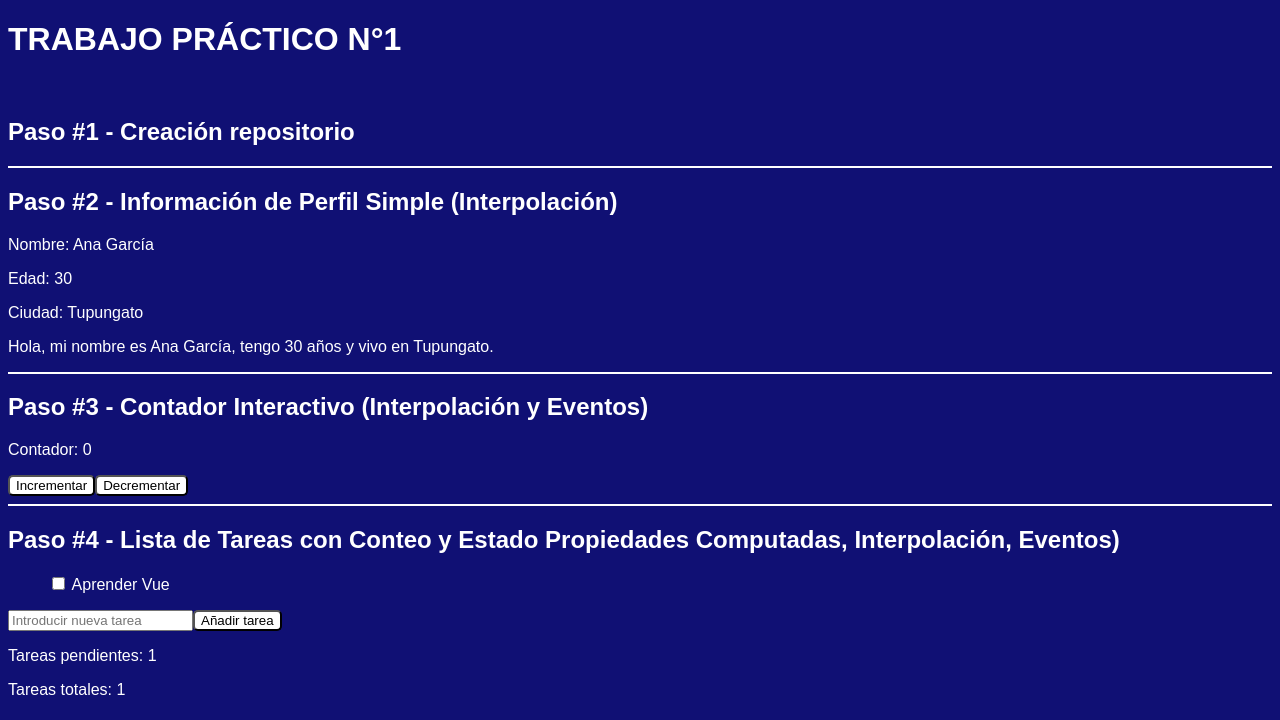
Repository: SofiaSferco/PWA
Page: practico01/index.html
An editor plug-in stored every save of this project. The page is shown before and after a run of saves, followed by the edit.
The browser window is 1280 px wide. The pictures show the whole page.

Above is the page before, as saved 2025-10-03 14:12:56.

### practico01/index.html
<!DOCTYPE html>
<html lang="en">
<head>
    <meta charset="UTF-8">
    <title>Trabajo Práctico 1</title>
    <script src="https://unpkg.com/vue@3/dist/vue.global.js"></script>
</head>
<body>
    <div id="app">
        <h1>TRABAJO PRÁCTICO N°1</h1>
        <br>
        <h2>Paso #1 - Creación repositorio</h2>
        <hr>
        <h2>{{ segundopaso }}</h2>
            <p>Nombre: {{ nombre }}</p>
            <p>Edad: {{ edad }}</p>
            <p>Ciudad: {{ ciudad }}</p>
            <p>Hola, mi nombre es {{ nombre }}, tengo {{ edad }} años y vivo en {{ ciudad }}.</p>
        <hr>
        <h2>{{ tercerpaso }}</h2>
            <p>Contador: {{ contador }}</p>
            <button v-on:click="contador++">Incrementar</button>
            <button @click="contador--">Decrementar</button>
        <hr>
        <h2>{{cuartopaso}}</h2>
        <ul>
            <li v-for="tarea in tareas" :key="tarea.id" :class="{tachar: tarea.completada}"><input type="checkbox" v-model="tarea.completada"> {{tarea.texto}}</li>
        </ul>
        <input v-model="nuevaTarea" placeholder="Introducir nueva tarea">
        <button @click="agregarTarea">Añadir tarea</button>
        <p>Tareas pendientes: {{tareasPendientes}}</p>
        <p>Tareas totales: {{tareasTotales}}</p>



    </div>
    <script>
        const { createApp } = Vue;
        createApp({
            data() {
                return {
                    segundopaso: 'Paso #2 - Información de Perfil Simple (Interpolación)',
                    nombre: 'Ana García',
                    edad: 30,
                    ciudad: 'Tupungato',
                    tercerpaso: 'Paso #3 - Contador Interactivo (Interpolación y Eventos)',
                    contador: 0,
                    cuartopaso: 'Paso #4 - Lista de Tareas con Conteo y Estado Propiedades Computadas, Interpolación, Eventos)',
                    nuevaTarea: '',
                    tareas: [{
                        id: 1,
                        texto: "Aprender Vue",
                        completada: false
                    }
                    ]
               }
            }, methods: {
                agregarTarea() {
                    if (this.nuevaTarea != "") { //asi como está admite espacios y permito agregar tareas vacias si uso this.nuevaTarea.trim() ahi limito eso
                        this.tareas.push({
                            id: this.tareas.length +1,
                            texto: this.nuevaTarea,
                            completada: false
                        })
                        }
                    this.nuevaTarea = '';
                    }
                }, computed: {
                    tareasPendientes() {
                        return this.tareas.filter (tarea => !tarea.completada).length;
                    },
                     tareasTotales() {
                        return this.tareas.length;
                    }
                }
            },
        ).mount('#app');
    </script>
</body>
<style>
    body {
        font-family: Arial, Helvetica, sans-serif;
        background-color: rgb(16, 16, 116);
        color: #ffff;
    }

    h2 {
        color: #ffff;
    }
    hr {
        border: 1px solid #ffff;
    }
    button {
        background-color: #ffff;
        color: black;
        cursor: pointer;
        border-radius: 5px;
    }
    button:hover {
        background-color: rgb(177, 177, 240);
    }
    ul{
        list-style-type: none;
    }
    .tachar{
        text-decoration: line-through;
        color: #ffff;
    }
</style>
</html>

After the next 4 saves:
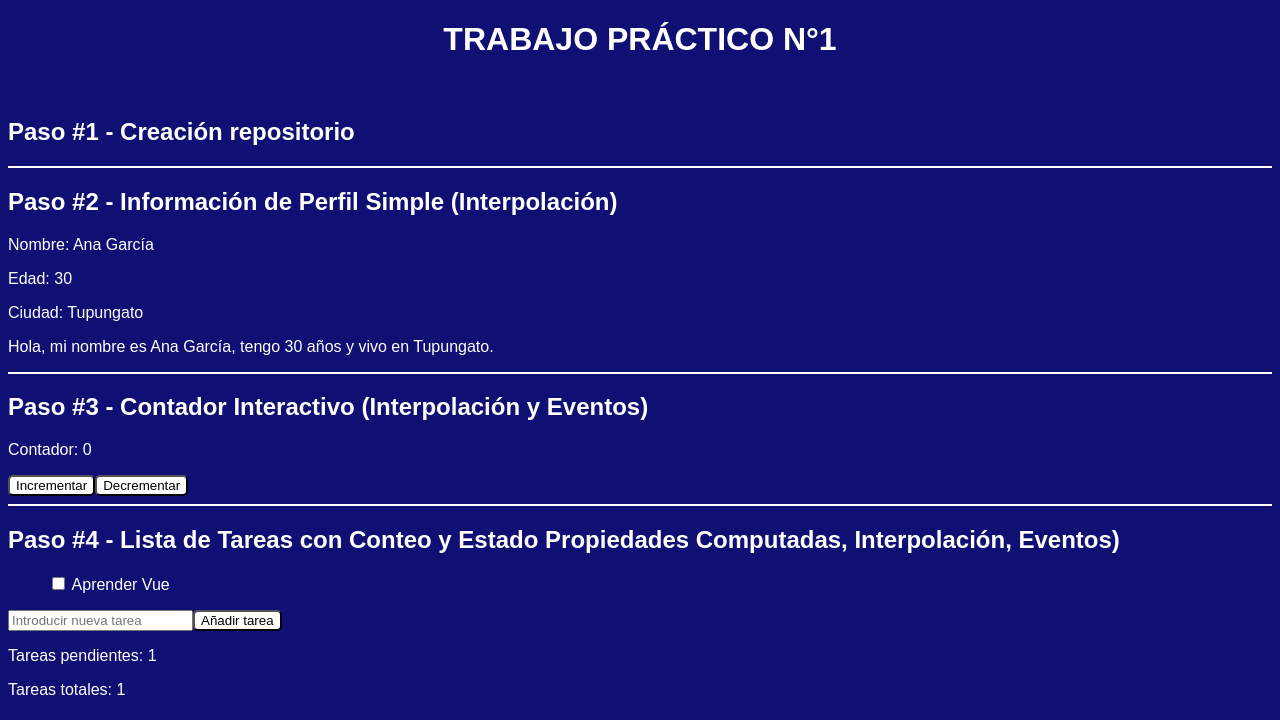
The 4 saves are shown as one change because they came seconds apart.
The last was saved 11 s later.
--- a/practico01/index.html
+++ b/practico01/index.html
@@ -83,7 +83,9 @@
         background-color: rgb(16, 16, 116);
         color: #ffff;
     }
-
+    h1{
+        text-align: center;
+    }
     h2 {
         color: #ffff;
     }
